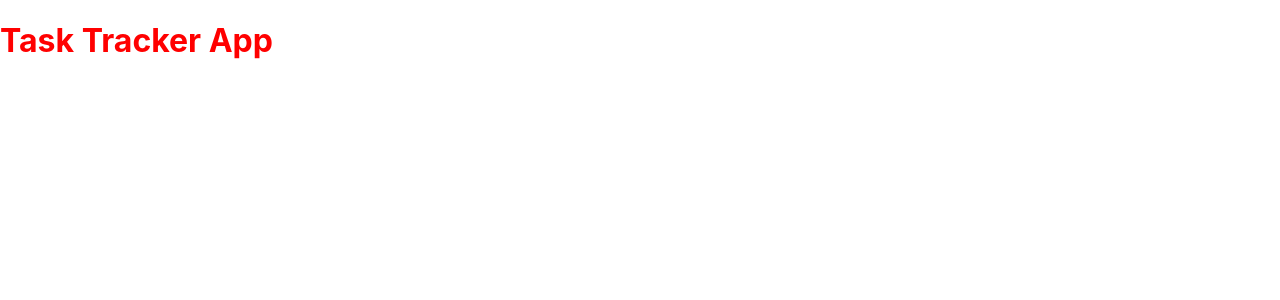
Repository: feyroozecode/task_tracker
Page: /
The author's editor kept a copy of each file at every save. The page is drawn from the files as they stood at one save, then again after the next save.
The browser window is 1280 px wide. The pictures show the whole page.
The project was rebuilt for these pictures with package versions that can differ from the ones it lists, and the page was loaded fresh each time.

Above is the page before, as saved 2023-10-19 16:04:14.

### public/index.html
<!DOCTYPE html>
<html lang="en">
  <head>
    <meta charset="utf-8" />
    <link rel="icon" href="%PUBLIC_URL%/favicon.ico" />
    <meta name="viewport" content="width=device-width, initial-scale=1" />
    <meta name="theme-color" content="#000000" />
    <meta
      name="description"
      content="Web site created using create-react-app"
    />
    <link rel="apple-touch-icon" href="%PUBLIC_URL%/logo192.png" />

    <link rel="manifest" href="%PUBLIC_URL%/manifest.json" />

    <title>React App</title>
  </head>
  <body>
    <noscript>You need to enable JavaScript to run this app.</noscript>

    <div id="root"></div>

  </body>
</html>

### src/App.js
import Header from './components/Header'

const App = ()  => {
   const appName = 'Task Tracker App'

   return (
     <div className="container">
      <Header title={appName} />
     </div>
   );

}

export default App;

### src/components/Header.js
import PropTypes from 'prop-types'

const Header = ({ title }) => {
    return (
        <header>
            <h1 style={{ color: 'red', backgroundColor: '' }}> { title } </h1>
        </header>
    )
}

// set default title
Header.defaultProps = {
    title: 'Task Tracker'
}

Header.propTypes = {
    title: PropTypes.string.isRequired
}

export default Header

Loaded but not shown: src/index.js (common file); src/index.css (common file)

After the next save:
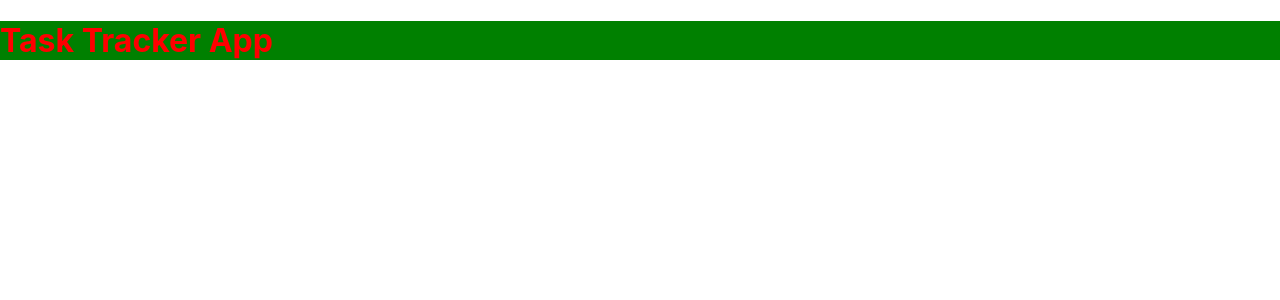
Saved 6 s later.
--- a/src/components/Header.js
+++ b/src/components/Header.js
@@ -3,7 +3,7 @@ import PropTypes from 'prop-types'
 const Header = ({ title }) => {
     return (
         <header>
-            <h1 style={{ color: 'red', backgroundColor: '' }}> { title } </h1>
+            <h1 style={{ color: 'red', backgroundColor: 'green' }}> { title } </h1>
         </header>
     )
 }
